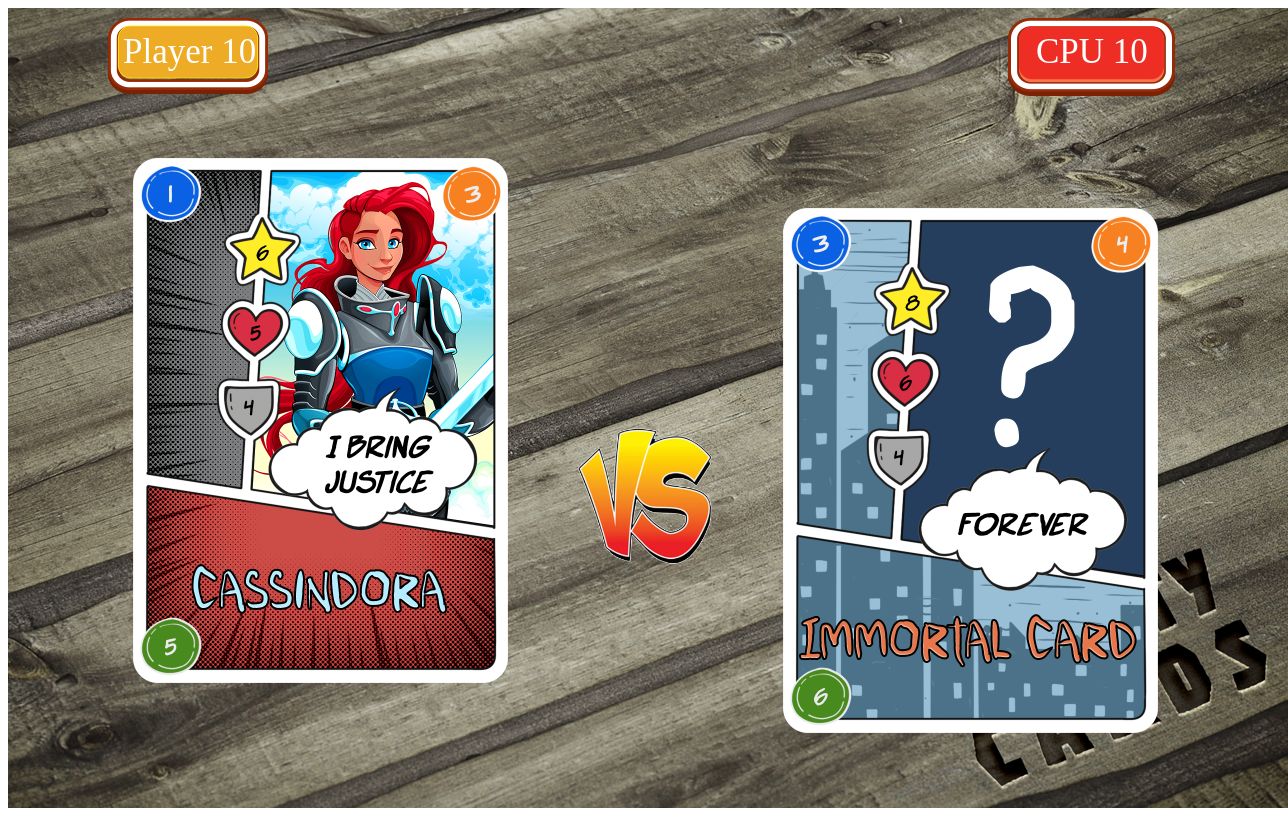
Repository: getvoiceagency/html5
Page: index.html
The author's editor kept a record of every edit. The page is drawn from the files as they stood at one moment, then again after the next edit.
The browser window is 1280 px wide. The page is 1288 px wide, so the pictures cover 1288 px, including what lies to the right of the window. The pictures show the whole page.
Some web libraries are served in a nearby version.

Above is the page before.

After the next edit:
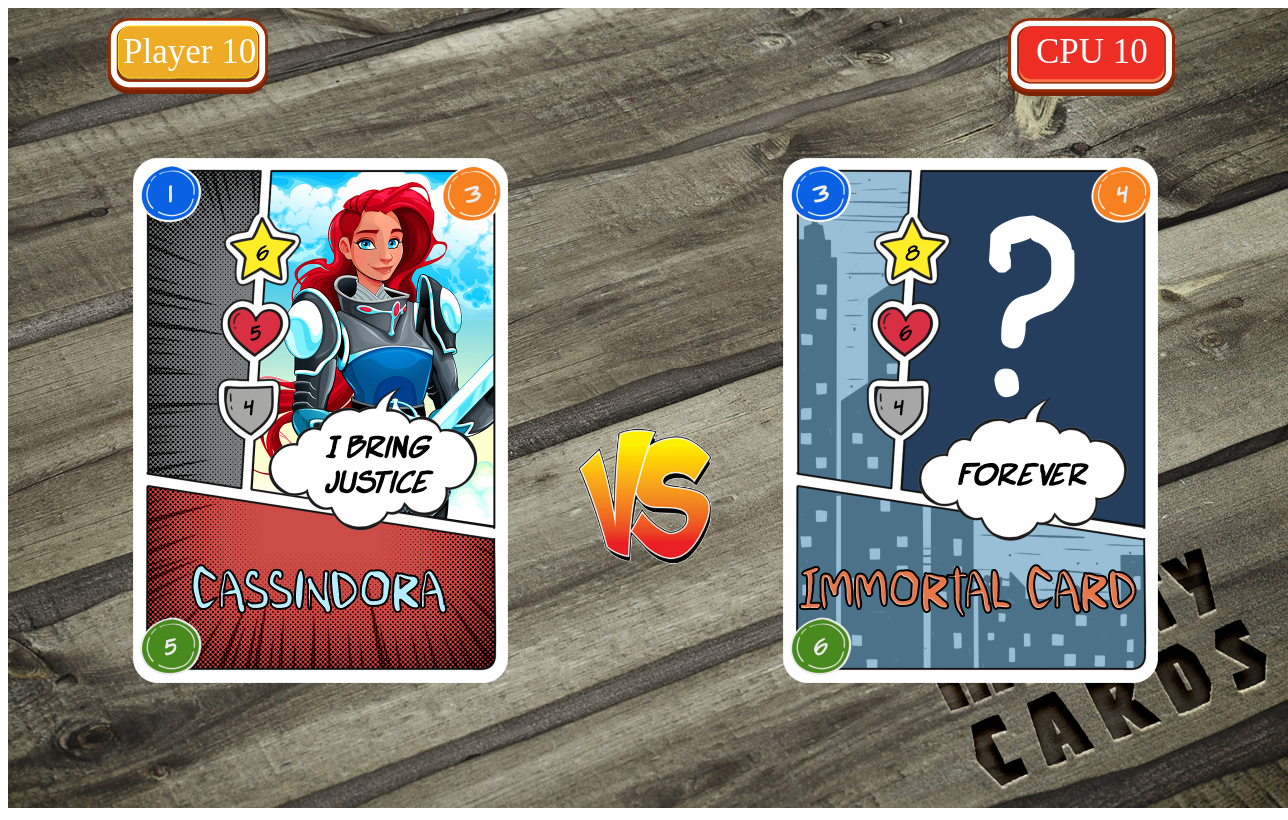
The edit:
--- a/index.html
+++ b/index.html
@@ -176,7 +176,7 @@
     var t2 = new TimelineMax({ repeat: 0, repeatDelay: 0.5, yoyo: true })
     .to(card2, 1, { pixi: { x: 125, y: 225, }, ease: Power3.easeInOut }, 0.9)
     .to(card2, 2, { pixi: {alpha: 1, delay:7.5,}, ease: Power3.easeInOut }, 0.9)
-    .to(card2, 3, { pixi: { x: 775, y: 200, scale: 0.5 }, ease: Power3.easeInOut }, 0.9)
+    .to(card2, 3, { pixi: { x: 775, y: 150, scale: 0.5 }, ease: Power3.easeInOut }, 0.9)
 
     var t3 = new TimelineMax({ repeat: 0, delay: 1.5, yoyo: true })
     .to(vs, 4, { pixi: {alpha: 1, }}, 0.1)
